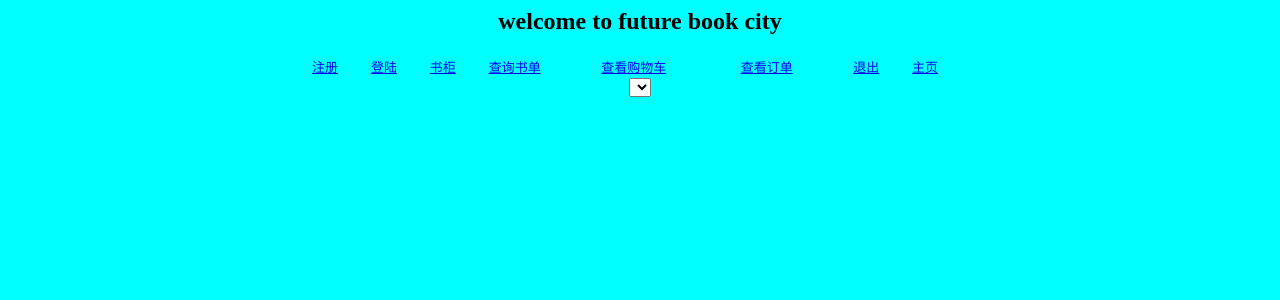
Repository: littleNiq/jsp
Page: http://localhost/mobileShop/lookMobile.jsp
The author's editor kept a copy of each file at every save. The page is drawn from the files as they stood at one save, then again after a run of saves.
The browser window is 1280 px wide. The pictures show the whole page.
The page is served by Tomcat 9. Queries for data that is not in the repository find no rows.

Above is the page before, as saved 2016-08-31 11:46:39.

After the next 2 saves:
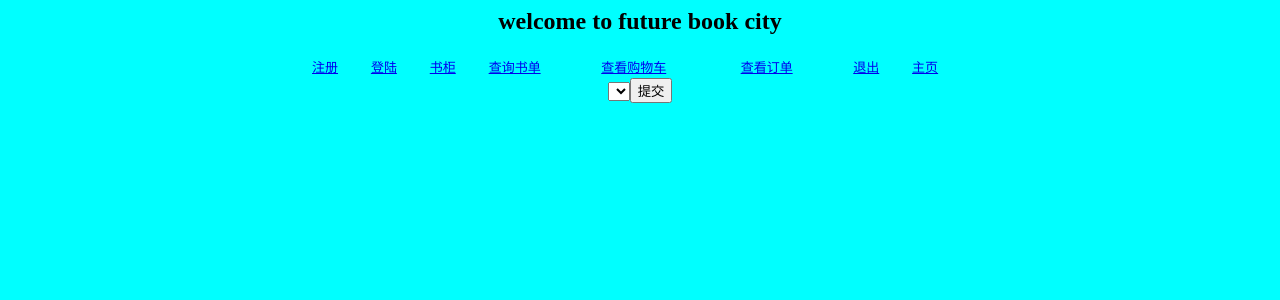
The 2 saves are shown as one change because they came seconds apart.
The last was saved 53 s later.
--- a/jsp/myworkspace/mobileShop/WebRoot/lookMobile.jsp
+++ b/jsp/myworkspace/mobileShop/WebRoot/lookMobile.jsp
@@ -27,6 +27,7 @@
 		      out.print("<option value="+id+">"+mobileCategory+"</option>");
 		    }
 		    out.print("</select>");
+		    out.print("<input type='submit' value='提交'>");
 		}catch(SQLException e){
 		   out.print(e);
 		}
